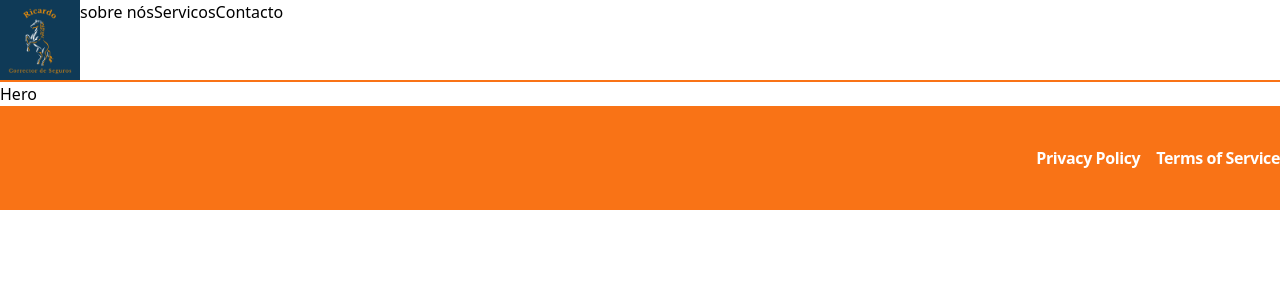
Repository: Arturgouveia1970/ricardo-seguros
Page: /
The author's editor kept a copy of each file at every save. The page is drawn from the files as they stood at one save, then again after the next save.
The browser window is 1280 px wide. The pictures show the whole page.
The project was rebuilt for these pictures with package versions that can differ from the ones it lists, and the page was loaded fresh each time. Also part of the build but not shown: vite.config.js.

Above is the page before, as saved 2024-04-03 15:59:03.

After the next save:
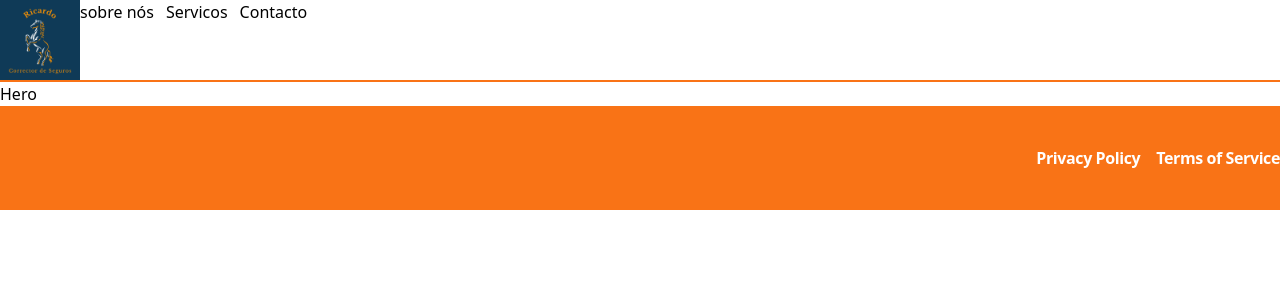
Saved 4 s later.
--- a/src/components/Header.jsx
+++ b/src/components/Header.jsx
@@ -7,7 +7,7 @@
       <div className="h-20 w-20">
         <img src={"/src/assets/ricardo2.png"} alt="logo"  />
       </div>
-      <ul className="flex justify-center align-center gap">
+      <ul className="flex justify-center align-center gap-3">
         <li>sobre nós</li>
         <li>Servicos</li>
         <li>Contacto</li>
